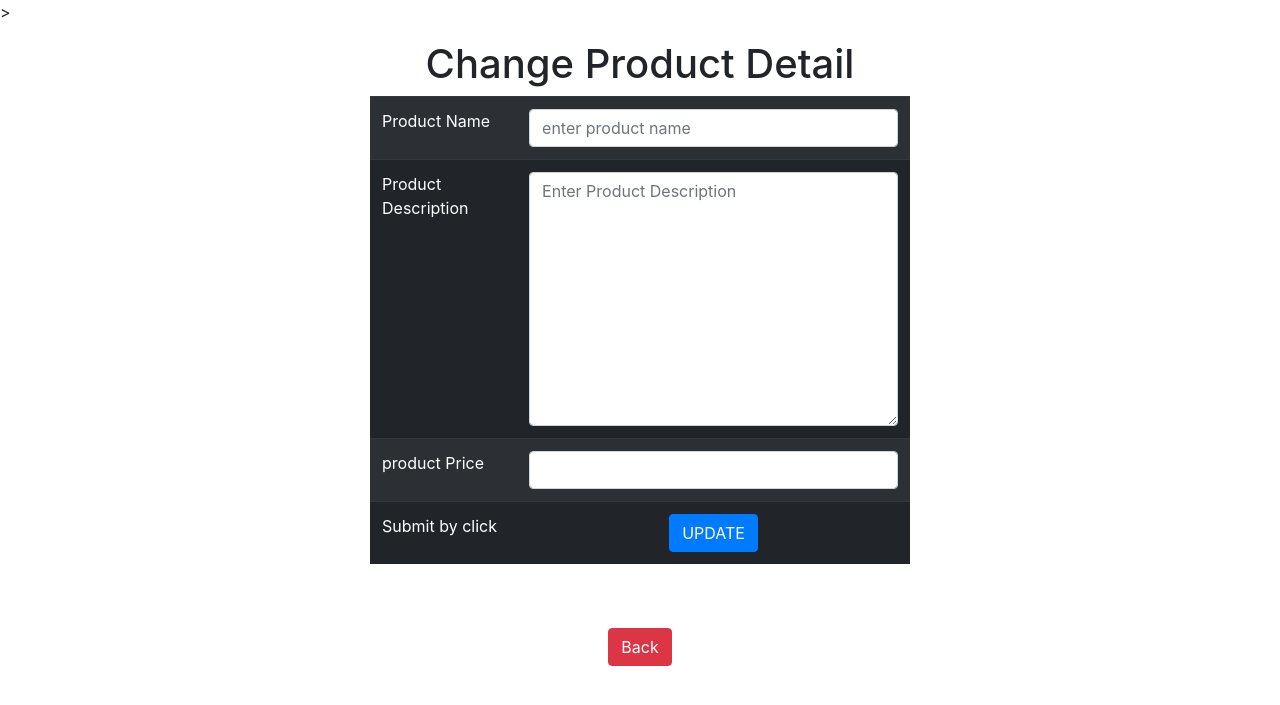
Repository: bhargav-13/Spring
Page: http://localhost/CRUD/WEB-INF/views/update_form.jsp
These files come from the project's save history. The page is drawn as it stood at one moment and after the next save; the edit follows.
The browser window is 1280 px wide. The pictures show the whole page.
Some web libraries are served in a nearby version. The page is served by Tomcat 9. Nobody is signed in. The template is opened directly, without the code that normally fills it, so the values that code supplies are empty.

Above is the page before, as saved 2023-06-08 13:52:16.

After the next save:
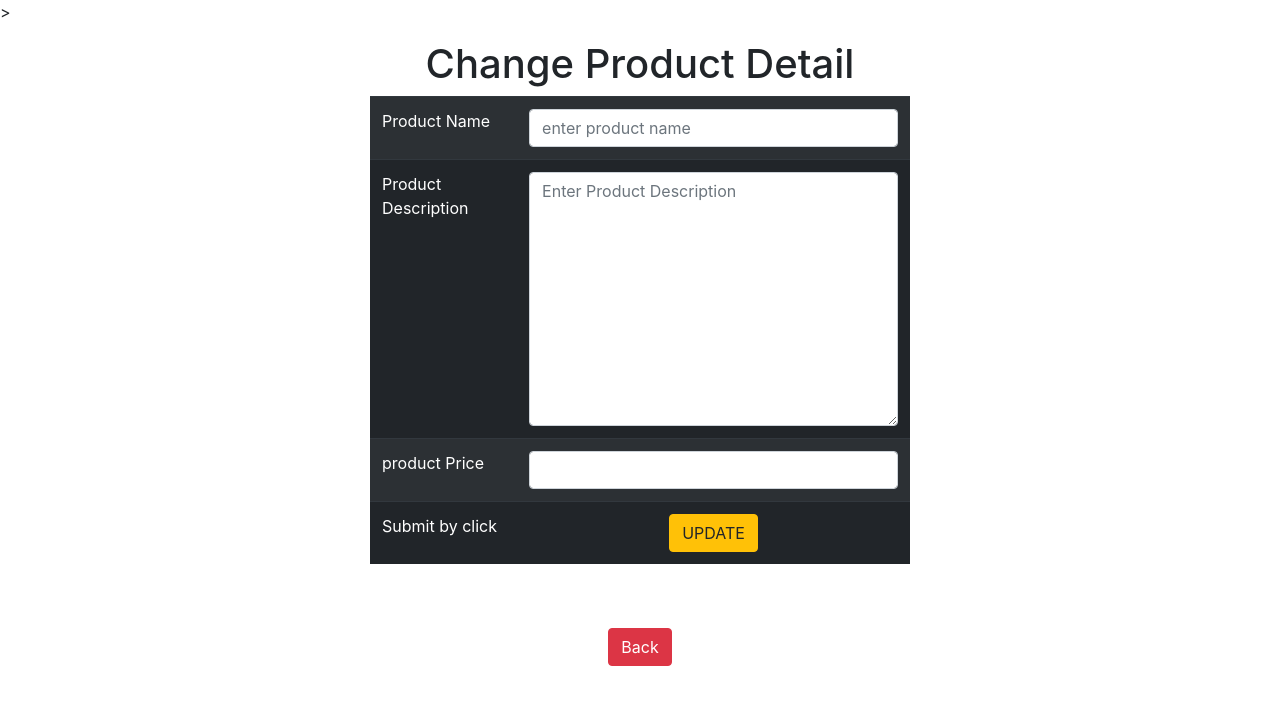
Saved 7 s later.
--- a/CRUD/src/main/webapp/WEB-INF/views/update_form.jsp
+++ b/CRUD/src/main/webapp/WEB-INF/views/update_form.jsp
@@ -38,7 +38,7 @@
             <td>Submit by click</td>
             <td>
                 <div class="container text-center">
-                <button class="btn btn-primary"   id="t1" type="submit" name="action" value="update">UPDATE</button>
+                <button class="btn btn-warning"   id="t1" type="submit" name="action" value="update">UPDATE</button>
                 </div>
                 </td>
             </tr>
